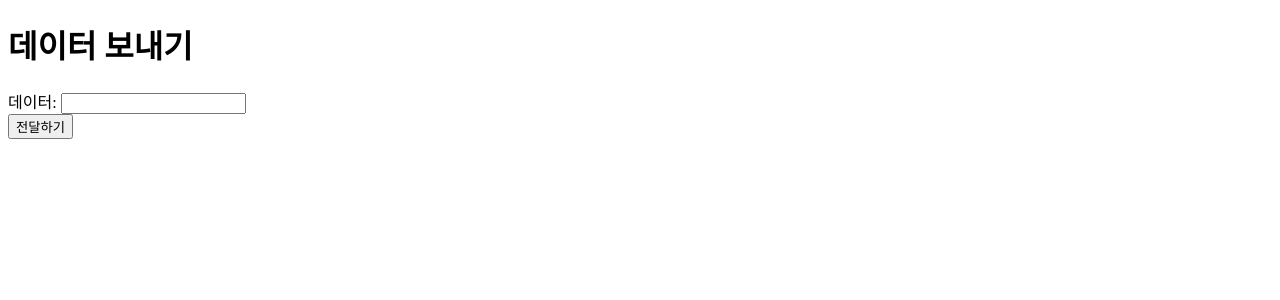
Repository: kimgyuseok/Server
Page: http://localhost/JSPTest/ex04.jsp
These files come from the project's save history. The page is drawn as it stood at one moment and after the next save; the edit follows.
The browser window is 1280 px wide. The pictures show the whole page.
The page is served by Tomcat 9.

Above is the page before, as saved 2022-01-06 03:25:52.

After the next save:
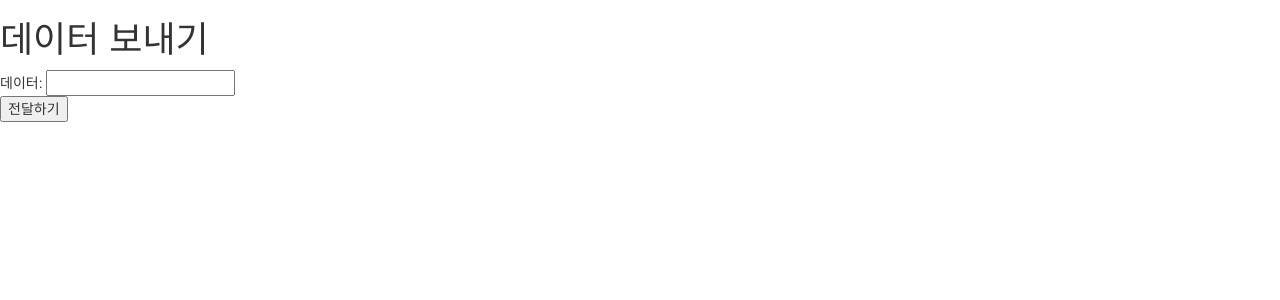
Saved 4 min 4 s later.
--- a/JSPTest/src/main/webapp/ex04.jsp
+++ b/JSPTest/src/main/webapp/ex04.jsp
@@ -7,6 +7,7 @@
 <head>
 <meta charset="UTF-8">
 <title>Insert title here</title>
+<%@ include file="/inc/asset.jsp" %>
 </head>
 <body>
 	<h1>데이터 보내기</h1>
